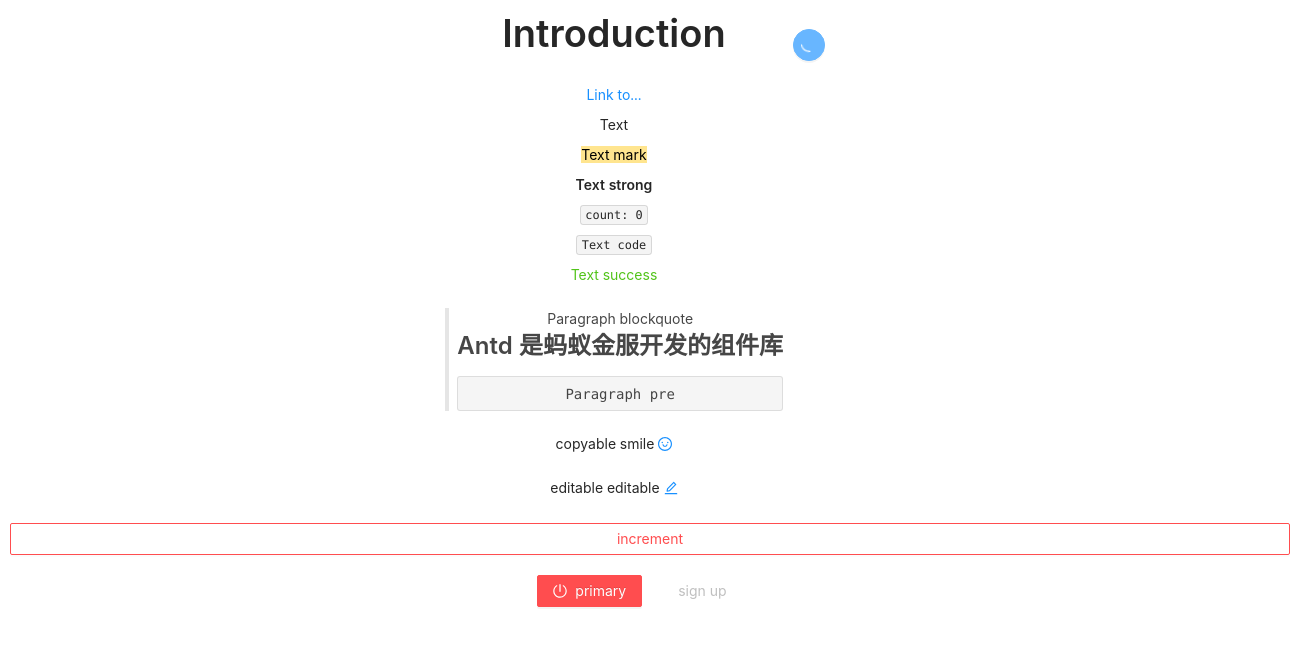
Repository: ErosHai/antd-demo
Page: /
These files come from the project's save history. The page is drawn as it stood at one moment and after the next save; the edit follows.
The browser window is 1280 px wide. The page is 1300 px wide, so the pictures cover 1300 px, including what lies to the right of the window. The pictures show the whole page.
The project was rebuilt for these pictures with package versions that can differ from the ones it lists, and the page was loaded fresh each time.

Above is the page before, as saved 2022-04-12 16:11:33.

### src/index.js
import React from 'react'
import { createRoot } from 'react-dom/client'
import './index.css'
import App from './App'
import reportWebVitals from './reportWebVitals'

const root = createRoot(document.getElementById('root'))
root.render(<App />)

// If you want to start measuring performance in your app, pass a function
// to log results (for example: reportWebVitals(console.log))
// or send to an analytics endpoint. Learn more: https://bit.ly/CRA-vitals
reportWebVitals()

### src/App.js
import './App.css'
import { Button, Tooltip, Typography, Space } from 'antd'
import { BlockOutlined, SearchOutlined } from '@ant-design/icons'
import { useState } from 'react'
import { PoweroffOutlined, SmileOutlined, SmileFilled } from '@ant-design/icons'

function App() {
	const [count, setCount] = useState(0)
	const [editableStr, setEditableStr] = useState('editable')

	const { Title, Paragraph, Link, Text } = Typography

	const blockContent = `  Antd 是蚂蚁金服开发的组件库`

	return (
		<div className="App">
			<Space direction="vertical">
				<Title>Introduction</Title>
				<Link href="https://www.baidu.com">Link to...</Link>
				<Text>Text</Text>
				<Text mark>Text mark</Text>
				<Text strong>Text strong</Text>
				<Text code> {`count: ${count}`} </Text>
				<Text code>Text code</Text>
				<Text type="success">Text success</Text>
				<Paragraph>
					<blockquote>
						Paragraph blockquote
						<Title level={3}> {blockContent} </Title>
						<pre>Paragraph pre</pre>
					</blockquote>
				</Paragraph>
				<Paragraph
					copyable={{
						icon: [
							<SmileOutlined key="copy-icon" />,
							<SmileFilled key="copied-icon" />,
						],
						tooltips: ['please click here', 'you clicked!!!'],
					}}
				>
					copyable smile
				</Paragraph>
				<Paragraph editable={{ onchange: setEditableStr }}>
					editable {editableStr}
				</Paragraph>
			</Space>

			<Tooltip title="search">
				<Button
					type="primary"
					shape="circle"
					loading="true"
					icon={<SearchOutlined />}
				></Button>
			</Tooltip>
			<Button
				type="default"
				onClick={() => {
					setCount(count + 1)
				}}
				block
				ghost
				danger
			>
				increment
			</Button>
			<Button type="primary" danger icon={<PoweroffOutlined />}>
				primary
			</Button>
			<Button type="text" disabled>
				sign up
			</Button>
		</div>
	)
}

export default App

### src/App.css
@import '~antd/dist/antd.css';

.App {
  text-align: center;
  /* background-color: #282c34; */
  padding:10px 0px;

}

.App button {
  margin:  10px;
}
.App-logo {
  height: 40vmin;
  pointer-events: none;
}

@media (prefers-reduced-motion: no-preference) {
  .App-logo {
    animation: App-logo-spin infinite 20s linear;
  }
}

.App-header {
  background-color: #282c34;
  min-height: 100vh;
  display: flex;
  flex-direction: column;
  align-items: center;
  justify-content: center;
  font-size: calc(10px + 2vmin);
  color: white;
}

.App-link {
  color: #61dafb;
}

@keyframes App-logo-spin {
  from {
    transform: rotate(0deg);
  }
  to {
    transform: rotate(360deg);
  }
}

Loaded but not shown: public/index.html (common file); src/index.css (common file); src/reportWebVitals.js (common file)

After the next save:
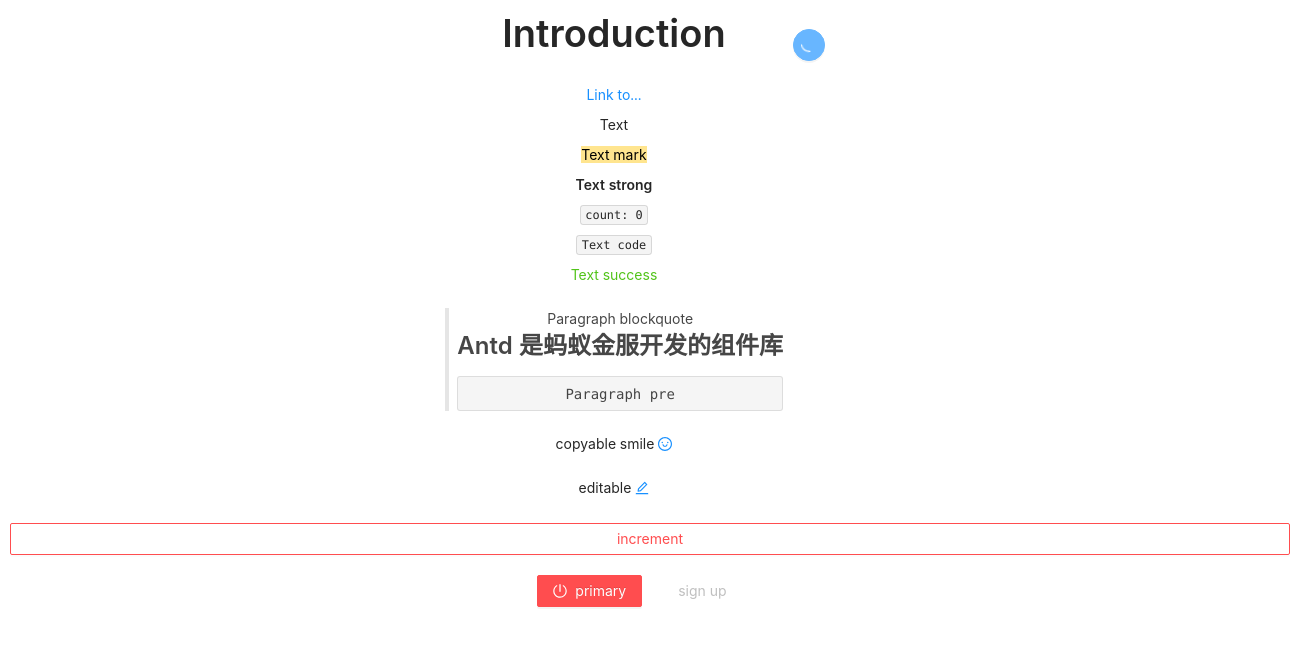
Saved 12 s later.
--- a/src/App.js
+++ b/src/App.js
@@ -42,7 +42,7 @@ function App() {
 					copyable smile
 				</Paragraph>
 				<Paragraph editable={{ onchange: setEditableStr }}>
-					editable {editableStr}
+					{editableStr}
 				</Paragraph>
 			</Space>
 
